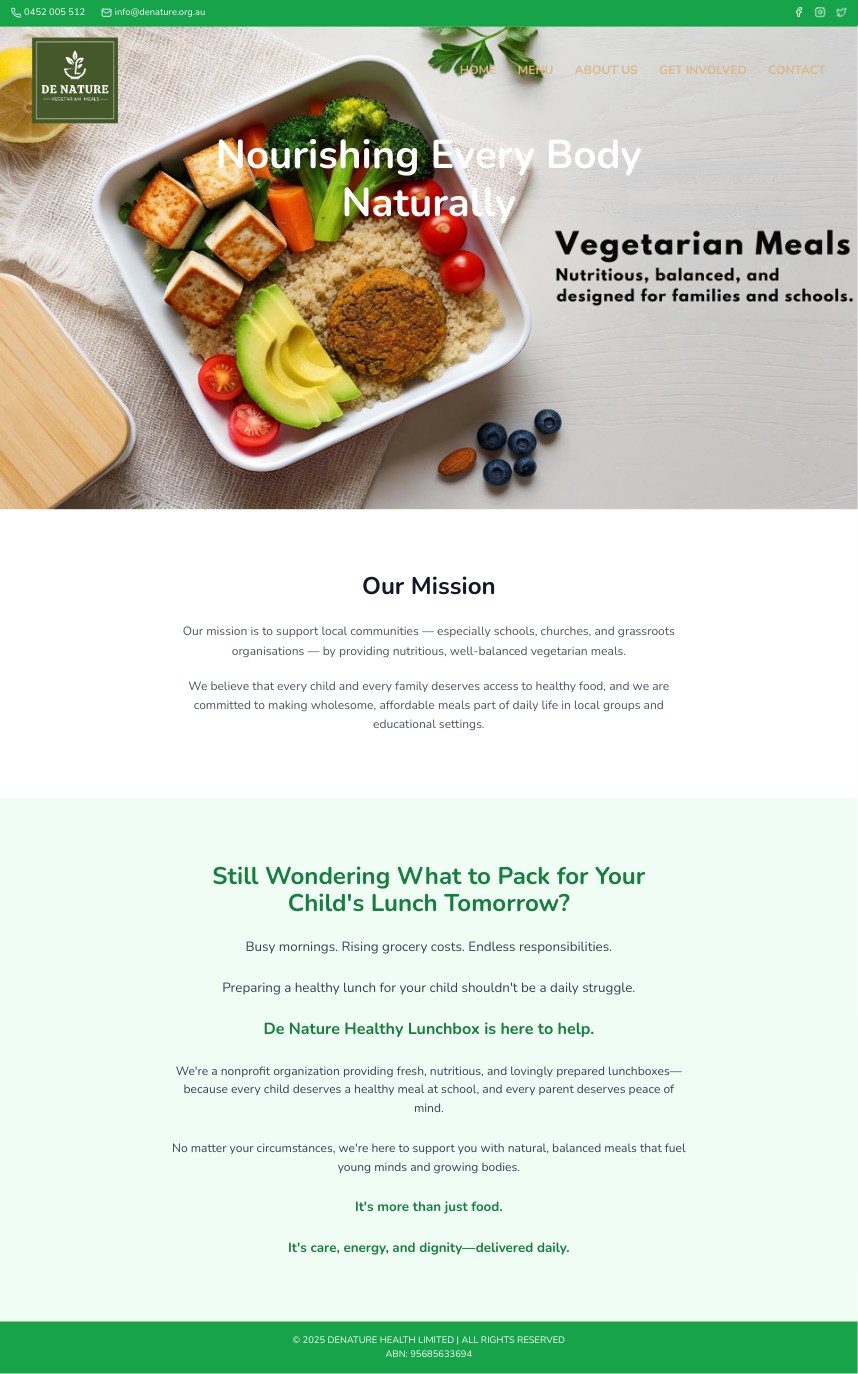
Repository: sunnyyan01/denature-website
Page: /
These files come from the project's save history. The page is drawn as it stood at one moment and after the next save; the edit follows.
The browser window is 1280 px wide. The pictures show the whole page, at 67% of full size.
The project was rebuilt for these pictures with package versions that can differ from the ones it lists, and the page was loaded fresh each time. The framework's server and built-in components were replaced by stand-ins that run in the browser. Also part of the build but not shown: next.config.js.

Above is the page before, as saved 2025-05-12 22:07:28.

### src/app/layout.tsx
import type { Metadata } from "next";
import { Inter, Poppins } from "next/font/google";
import "./globals.css";
import Navbar from "@/components/Navbar";
import Footer from "@/components/Footer";
import { Phone, Mail, Facebook, Instagram, Twitter } from "lucide-react";

const inter = Inter({
  subsets: ["latin"],
  variable: '--font-inter',
});

const poppins = Poppins({
  weight: ['400', '500', '600', '700'],
  subsets: ['latin'],
  variable: '--font-poppins',
});

export const metadata: Metadata = {
  title: "DE NATURE - Sydney Lunch Program",
  description: "Providing nutritious meals to children in need across Sydney",
  verification: {
    google: "OqLlSQNFE1spUS93SXK13pK8N_CO4S7m2l7H1rPvJmY",
  },
  icons: {
    icon: '/favicon.ico',
    shortcut: '/favicon.ico',
  },
};

export default function RootLayout({
  children,
}: {
  children: React.ReactNode;
}) {
  return (
    <html lang="en">
      <body className={`${inter.variable} ${poppins.variable} font-sans bg-background text-text`}>
        {/* Social Info Bar - Fixed at top */}
        <div className="fixed top-0 left-0 right-0 z-50 bg-green-600">
          <div className="container mx-auto px-4 py-2">
            <div className="flex items-center justify-between text-sm">
              <div className="flex items-center space-x-6">
                <a href="tel:0452005512" className="text-white hover:text-primaryLight transition-colors group relative">
                  <Phone className="w-4 h-4 inline-block mr-1" />
                  0452 005 512
                  <span className="absolute -bottom-6 left-0 bg-black/80 text-white text-xs px-2 py-1 rounded opacity-0 group-hover:opacity-100 transition-opacity whitespace-nowrap">
                    Call Us
                  </span>
                </a>
                <a href="mailto:info@denature.org.au?v=2" className="text-white hover:text-primaryLight transition-colors group relative">
                  <Mail className="w-4 h-4 inline-block mr-1" />
                  info@denature.org.au
                  <span className="absolute -bottom-6 left-0 bg-black/80 text-white text-xs px-2 py-1 rounded opacity-0 group-hover:opacity-100 transition-opacity whitespace-nowrap">
                    Email Us
                  </span>
                </a>
              </div>
              <div className="flex items-center space-x-4">
                <a href="#" className="text-white hover:text-primaryLight transition-colors group relative">
                  <Facebook className="w-4 h-4" />
                  <span className="absolute -bottom-6 left-0 bg-black/80 text-white text-xs px-2 py-1 rounded opacity-0 group-hover:opacity-100 transition-opacity whitespace-nowrap">
                    Facebook
                  </span>
                </a>
                <a href="#" className="text-white hover:text-primaryLight transition-colors group relative">
                  <Instagram className="w-4 h-4" />
                  <span className="absolute -bottom-6 left-0 bg-black/80 text-white text-xs px-2 py-1 rounded opacity-0 group-hover:opacity-100 transition-opacity whitespace-nowrap">
                    Instagram
                  </span>
                </a>
                <a href="#" className="text-white hover:text-primaryLight transition-colors group relative">
                  <Twitter className="w-4 h-4" />
                  <span className="absolute -bottom-6 left-0 bg-black/80 text-white text-xs px-2 py-1 rounded opacity-0 group-hover:opacity-100 transition-opacity whitespace-nowrap">
                    Twitter
                  </span>
                </a>
              </div>
            </div>
          </div>
        </div>

        {/* Navigation and Content */}
        <div className="relative">
          <Navbar />
          <main>
            {children}
          </main>
        </div>

        <Footer />
      </body>
    </html>
  );
}

### src/app/page.tsx
'use client';

import Link from "next/link";
import Image from "next/image";
import { Leaf, Scale, Recycle, Sprout } from "lucide-react";

const coreValues = [
  {
    title: 'Pure Ingredients',
    description: 'Premium natural ingredients, no additives',
    icon: '🌱',
  },
  {
    title: 'Balanced Nutrition',
    description: 'Scientifically balanced meals',
    icon: '🥗',
  },
  {
    title: 'Eco-Conscious',
    description: 'Sustainable practices, Earth-friendly',
    icon: '🌍',
  },
  {
    title: 'Growth Focus',
    description: 'Supporting healthy development',
    icon: '🌱',
  },
];

export default function Home() {
  return (
    <main>
      {/* Hero Section */}
      <section className="relative h-[100vh] w-full">
        <div className="absolute inset-0 bg-[url('/images/hero-bg.jpg')] bg-cover bg-center">
        </div>
        <div className="relative container mx-auto px-4 h-screen flex items-start pt-32">
          <div className="max-w-6xl mx-auto w-full pt-8">
            <h1 className="text-4xl md:text-6xl font-bold text-white mb-16 leading-[1.3] font-heading text-center">
              <div className="mb-1 md:mb-3">Nourishing Every Body</div>
              <div>Naturally</div>
            </h1>
          </div>
        </div>
      </section>

      {/* Mission Section */}
      <section className="py-24 bg-white">
        <div className="max-w-4xl mx-auto px-4 sm:px-6 lg:px-8">
          <div className="max-w-3xl mx-auto text-center">
            <h2 className="text-3xl md:text-4xl font-bold text-gray-900 mb-8 font-heading">Our Mission</h2>
            <div className="space-y-6 text-lg text-gray-600 leading-relaxed">
              <p>
                Our mission is to support local communities — especially schools, churches, and grassroots organisations — by providing nutritious, well-balanced vegetarian meals.
              </p>
              <p>
                We believe that every child and every family deserves access to healthy food, and we are committed to making wholesome, affordable meals part of daily life in local groups and educational settings.
              </p>
            </div>
          </div>
        </div>
      </section>

      {/* Lunchbox Support Section */}
      <section className="py-24 bg-green-50">
        <div className="container mx-auto px-4">
          <div className="max-w-3xl mx-auto">
            <h2 className="text-4xl font-bold text-green-700 mb-8 text-center">
              Still Wondering What to Pack for Your Child's Lunch Tomorrow?
            </h2>
            <div className="space-y-8 text-gray-700">
              <p className="text-center text-xl">
                Busy mornings. Rising grocery costs. Endless responsibilities.
              </p>
              <p className="text-center text-xl">
                Preparing a healthy lunch for your child shouldn't be a daily struggle.
              </p>
              <p className="text-center text-2xl font-bold text-green-700">
                De Nature Healthy Lunchbox is here to help.
              </p>
              <p className="text-center text-lg">
                We're a nonprofit organization providing fresh, nutritious, and lovingly prepared lunchboxes—because every child deserves a healthy meal at school, and every parent deserves peace of mind.
              </p>
              <p className="text-center text-lg">
                No matter your circumstances, we're here to support you with natural, balanced meals that fuel young minds and growing bodies.
              </p>
              <p className="text-center text-xl font-bold text-green-700">
                It's more than just food.
              </p>
              <p className="text-center text-xl font-bold text-green-700">
                It's care, energy, and dignity—delivered daily.
              </p>
            </div>
          </div>
        </div>
      </section>
    </main>
  );
}

### src/app/globals.css
@import url('https://fonts.googleapis.com/css2?family=Nunito:wght@300;400;500;600;700&display=swap');

@tailwind base;
@tailwind components;
@tailwind utilities;

:root {
  /* 主色调 */
  --color-primary: #4A7C59;      /* 深绿色 */
  --color-primary-light: #6B9B7D; /* 浅绿色 */
  --color-primary-lighter: #E8F3ED; /* 最浅绿色 */

  /* 中性色 */
  --color-neutral-50: #FAFAFA;
  --color-neutral-100: #F5F5F5;
  --color-neutral-200: #EEEEEE;
  --color-neutral-300: #E0E0E0;
  --color-neutral-400: #BDBDBD;
  --color-neutral-500: #9E9E9E;
  --color-neutral-600: #757575;
  --color-neutral-700: #616161;
  --color-neutral-800: #424242;
  --color-neutral-900: #212121;

  /* 强调色 */
  --color-accent: #F5B971;       /* 温暖的米色 */
  --color-accent-light: #F9D5A7; /* 浅米色 */

  /* 功能色 */
  --color-success: #4CAF50;
  --color-warning: #FFC107;
  --color-error: #F44336;

  /* 字体 */
  --font-primary: 'Nunito', sans-serif;

  /* 间距 */
  --spacing-xs: 0.25rem;   /* 4px */
  --spacing-sm: 0.5rem;    /* 8px */
  --spacing-md: 1rem;      /* 16px */
  --spacing-lg: 1.5rem;    /* 24px */
  --spacing-xl: 2rem;      /* 32px */
  --spacing-2xl: 3rem;     /* 48px */
  --spacing-3xl: 4rem;     /* 64px */

  /* 圆角 */
  --radius-sm: 0.25rem;    /* 4px */
  --radius-md: 0.5rem;     /* 8px */
  --radius-lg: 1rem;       /* 16px */
  --radius-full: 9999px;

  /* 阴影 */
  --shadow-sm: 0 1px 2px 0 rgb(0 0 0 / 0.05);
  --shadow-md: 0 4px 6px -1px rgb(0 0 0 / 0.1);
  --shadow-lg: 0 10px 15px -3px rgb(0 0 0 / 0.1);
}

@layer base {
  html {
    font-family: var(--font-primary);
    color: var(--color-neutral-900);
    background-color: var(--color-neutral-50);
  }

  h1, h2, h3, h4, h5, h6 {
    font-weight: 700;
    line-height: 1.2;
  }

  h1 {
    font-size: 2.5rem; /* 40px */
    @screen md {
      font-size: 3.5rem; /* 56px */
    }
  }

  h2 {
    font-size: 2rem; /* 32px */
    @screen md {
      font-size: 2.5rem; /* 40px */
    }
  }

  h3 {
    font-size: 1.5rem; /* 24px */
    @screen md {
      font-size: 2rem; /* 32px */
    }
  }

  p {
    line-height: 1.6;
  }
}

@layer components {
  .container {
    @apply max-w-7xl mx-auto px-4 sm:px-6 lg:px-8;
  }

  .btn {
    @apply inline-flex items-center justify-center px-6 py-3 rounded-lg font-semibold transition-colors duration-200;
  }

  .btn-primary {
    @apply bg-[var(--color-primary)] text-white hover:bg-[var(--color-primary-light)];
  }

  .btn-secondary {
    @apply bg-[var(--color-accent)] text-[var(--color-neutral-900)] hover:bg-[var(--color-accent-light)];
  }

  .btn-outline {
    @apply border-2 border-[var(--color-primary)] text-[var(--color-primary)] hover:bg-[var(--color-primary-lighter)];
  }

  .card {
    @apply bg-white rounded-lg shadow-md overflow-hidden;
  }

  .section {
    @apply py-16 md:py-24;
  }

  .section-title {
    @apply text-3xl md:text-4xl font-bold text-center mb-12;
  }

  .hero {
    @apply relative h-[80vh] md:h-screen flex items-center;
  }

  .hero-content {
    @apply relative z-10 text-center max-w-4xl mx-auto px-4;
  }

  .hero-image {
    @apply absolute inset-0 w-full h-full object-cover;
  }

  .hero-overlay {
    @apply absolute inset-0 bg-black/30;
  }
}

/* 自定义动画 */
@keyframes fadeIn {
  from {
    opacity: 0;
    transform: translateY(10px);
  }
  to {
    opacity: 1;
    transform: translateY(0);
  }
}

.animate-fade-in {
  animation: fadeIn 0.6s ease-out forwards;
}

/* 响应式图片容器 */
.image-container {
  @apply relative aspect-[4/3] md:aspect-[16/9] overflow-hidden rounded-lg;
}

.image-container img {
  @apply absolute inset-0 w-full h-full object-cover transition-transform duration-500;
}

.image-container:hover img {
  @apply scale-105;
}

/* 网格布局 */
.grid-auto-fit {
  @apply grid grid-cols-1 md:grid-cols-2 lg:grid-cols-3 gap-6 md:gap-8;
}

/* 文本样式 */
.text-gradient {
  @apply bg-clip-text text-transparent bg-gradient-to-r from-[var(--color-primary)] to-[var(--color-primary-light)];
}

.text-balance {
  text-wrap: balance;
}

/* 导航样式 */
.nav-link {
  @apply text-[var(--color-neutral-700)] hover:text-[var(--color-primary)] transition-colors duration-200;
}

.nav-link-active {
  @apply text-[var(--color-primary)] font-semibold;
}

/* 页脚样式 */
.footer {
  @apply bg-[var(--color-neutral-900)] text-white py-16;
}

.footer-title {
  @apply text-xl font-semibold mb-4;
}

.footer-link {
  @apply text-[var(--color-neutral-400)] hover:text-white transition-colors duration-200;
}

/* 表单样式 */
.form-input {
  @apply w-full px-4 py-2 rounded-lg border border-[var(--color-neutral-300)] focus:border-[var(--color-primary)] focus:ring-2 focus:ring-[var(--color-primary-lighter)] outline-none transition-colors duration-200;
}

.form-label {
  @apply block text-sm font-medium text-[var(--color-neutral-700)] mb-1;
}

/* 菜单卡片样式 */
.menu-card {
  @apply bg-white rounded-lg shadow-md overflow-hidden transition-transform duration-300 hover:shadow-lg hover:-translate-y-1;
}

.menu-card-image {
  @apply relative aspect-[4/3] w-full;
}

.menu-card-content {
  @apply p-6;
}

.menu-card-title {
  @apply text-xl font-semibold text-[var(--color-neutral-900)] mb-2;
}

.menu-card-description {
  @apply text-[var(--color-neutral-600)] text-sm;
}

/* 特色部分样式 */
.feature-grid {
  @apply grid grid-cols-1 md:grid-cols-2 lg:grid-cols-4 gap-8;
}

.feature-item {
  @apply text-center p-6;
}

.feature-icon {
  @apply w-16 h-16 mx-auto mb-4 text-[var(--color-primary)];
}

.feature-title {
  @apply text-lg font-semibold mb-2;
}

.feature-description {
  @apply text-[var(--color-neutral-600)];
}

### src/components/Footer.tsx
'use client';

export default function Footer() {
  const currentYear = new Date().getFullYear();

  return (
    <footer className="bg-green-600 text-white">
      <div className="border-t border-[#FFD700]/30 py-4">
        <div className="container mx-auto px-4">
          <div className="text-center text-sm text-white">
            <p>© 2025 DENATURE HEALTH LIMITED | ALL RIGHTS RESERVED</p>
            <p>ABN: 95685633694</p>
          </div>
        </div>
      </div>
    </footer>
  );
}

Loaded but not shown: tailwind.config.js (104 lines, source omitted); src/components/Navbar.tsx (232 lines, source omitted)

After the next save:
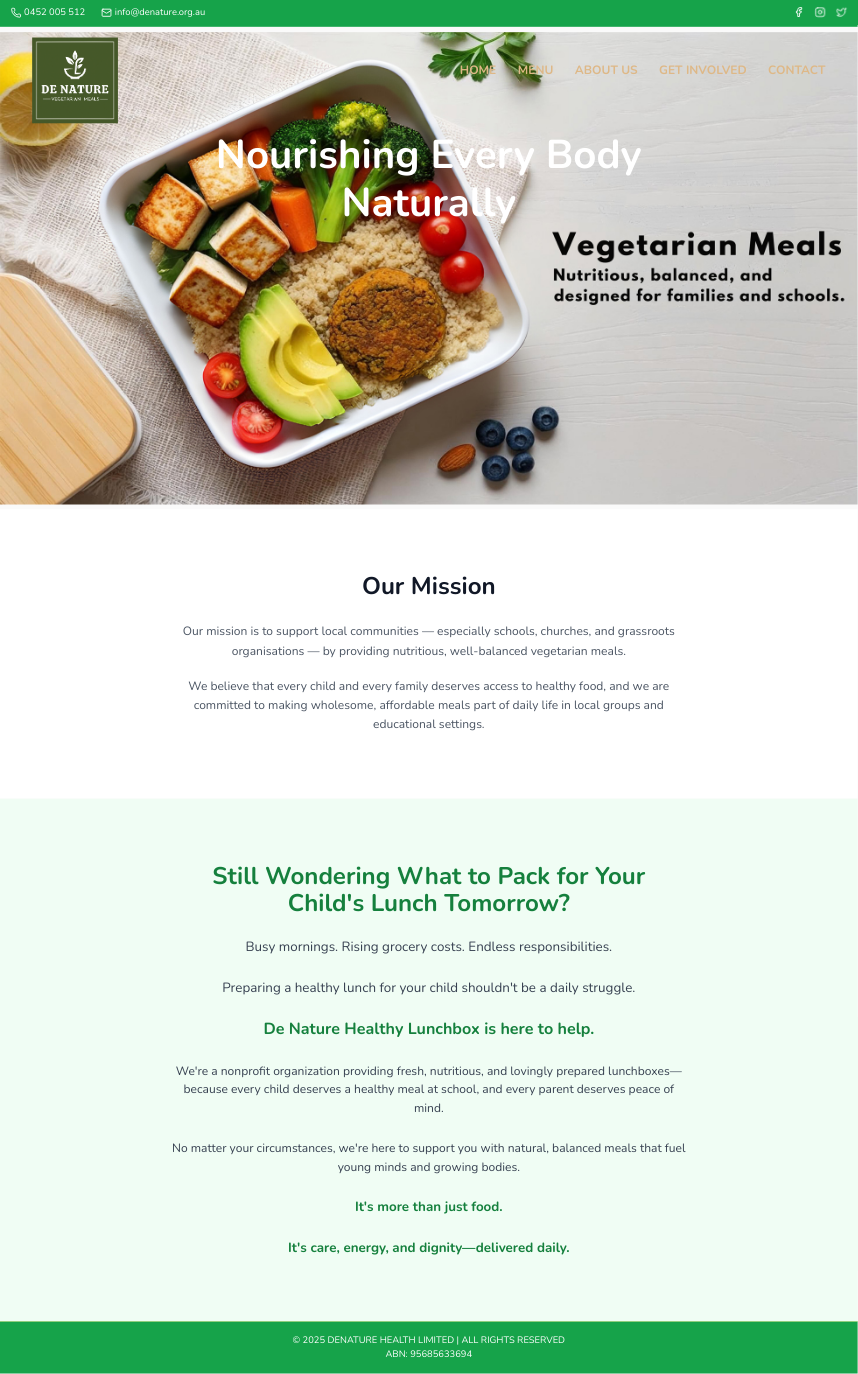
Saved 57 s later.
--- a/src/app/page.tsx
+++ b/src/app/page.tsx
@@ -32,7 +32,7 @@
     <main>
       {/* Hero Section */}
       <section className="relative h-[100vh] w-full">
-        <div className="absolute inset-0 bg-[url('/images/hero-bg.jpg')] bg-cover bg-center">
+        <div className="absolute inset-0 bg-[url('/images/hero-bg.jpg')] bg-contain bg-no-repeat bg-center">
         </div>
         <div className="relative container mx-auto px-4 h-screen flex items-start pt-32">
           <div className="max-w-6xl mx-auto w-full pt-8">

After the save that followed:
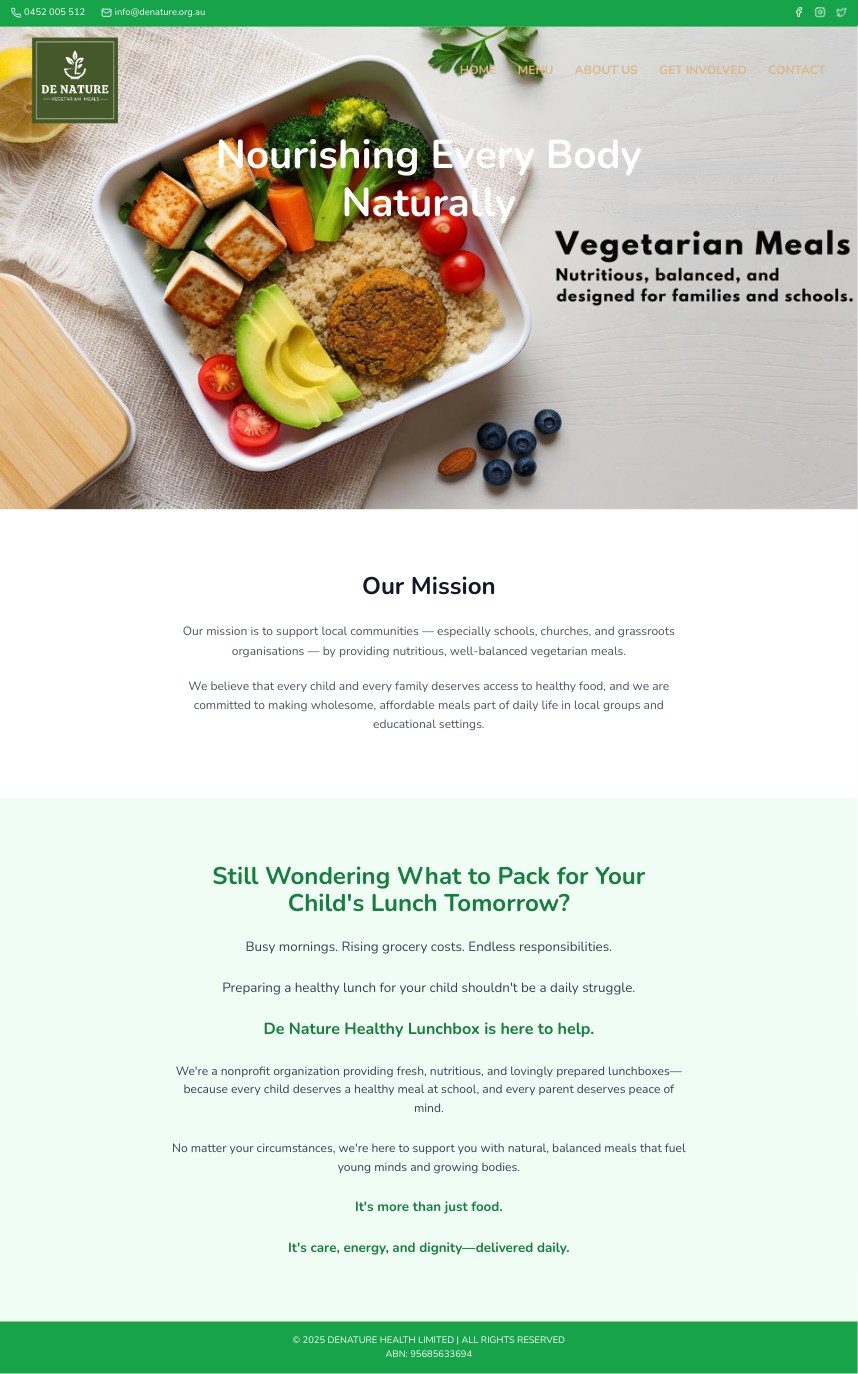
Saved 24 s later.
--- a/src/app/page.tsx
+++ b/src/app/page.tsx
@@ -32,7 +32,7 @@
     <main>
       {/* Hero Section */}
       <section className="relative h-[100vh] w-full">
-        <div className="absolute inset-0 bg-[url('/images/hero-bg.jpg')] bg-contain bg-no-repeat bg-center">
+        <div className="absolute inset-0 bg-[url('/images/hero-bg.jpg')] bg-cover bg-center">
         </div>
         <div className="relative container mx-auto px-4 h-screen flex items-start pt-32">
           <div className="max-w-6xl mx-auto w-full pt-8">
